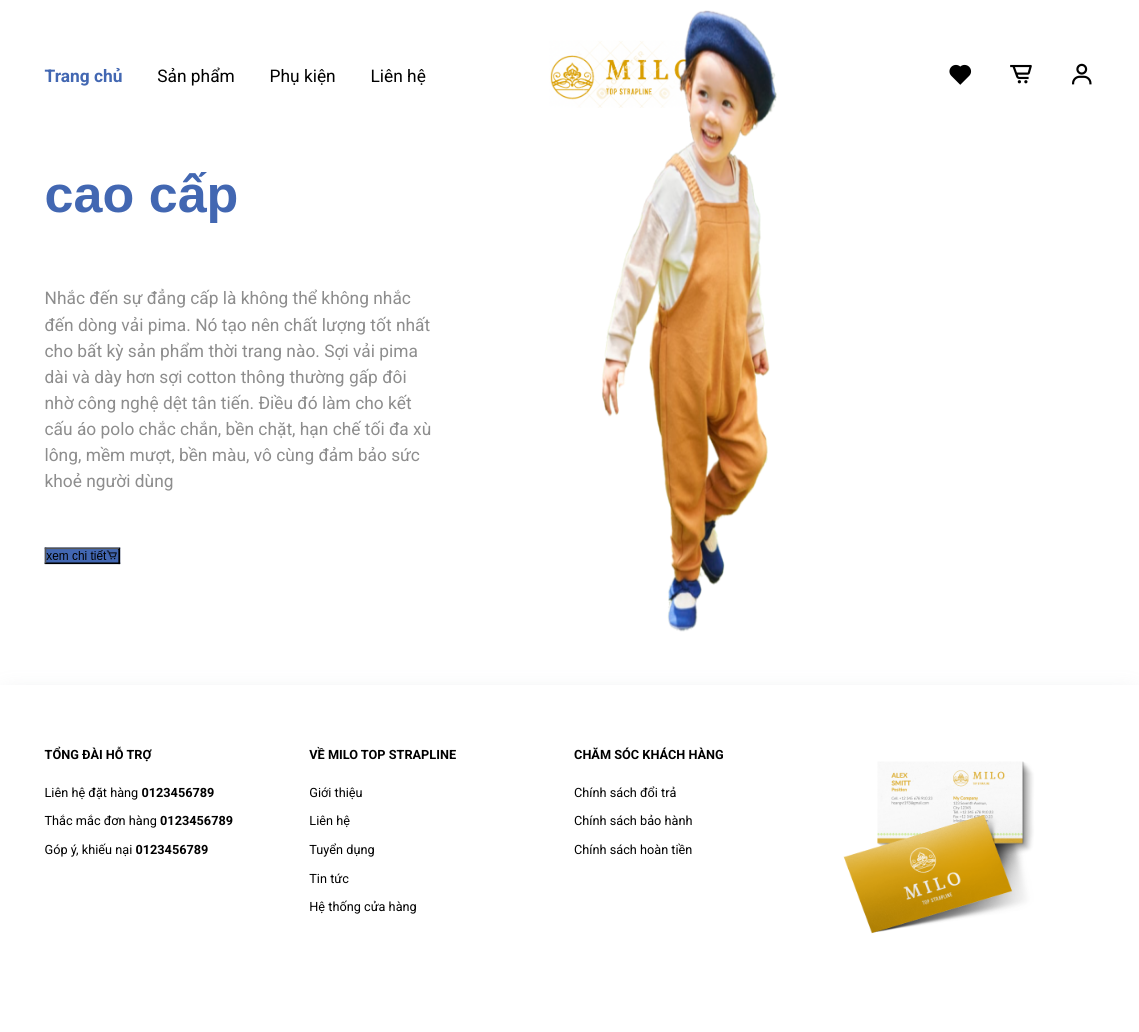
Repository: QuyHoang99k/shop
Page: /
The author's editor kept a copy of each file at every save. The page is drawn from the files as they stood at one save, then again after the next save.
The browser window is 1280 px wide. The pictures show the whole page, at 89% of full size.
The project was rebuilt for these pictures with package versions that can differ from the ones it lists, and the page was loaded fresh each time. Also part of the build but not shown: src/pages/Catalog.jsx, src/pages/Cart.jsx, src/pages/Product.jsx.

Above is the page before, as saved 2021-10-16 15:13:00.

### src/index.js
import React from 'react';
import ReactDOM from 'react-dom';
import reportWebVitals from './reportWebVitals';

import './assets/boxicons-2.0.7/css/boxicons.min.css'
import './sass/index.scss'


import Layout from './components/Layout'


ReactDOM.render(
  <React.StrictMode>
   <Layout/>
  </React.StrictMode>,
  document.getElementById('root')
);

// If you want to start measuring performance in your app, pass a function
// to log results (for example: reportWebVitals(console.log))
// or send to an analytics endpoint. Learn more: https://bit.ly/CRA-vitals
reportWebVitals();

### src/sass/index.scss
@import "./_variables.scss";
@import "./mixins";
@import "./_base.scss";

@import "./components/header";
@import "./components/footer";
@import "./components/hero-slider";

### src/components/Layout.jsx
import React from 'react'

import { BrowserRouter, Route } from 'react-router-dom'

import Header from './Header'
import Footer from './Footer'

import Routes from '../routes/Routes'

const Layout = () => {
    return (
        <BrowserRouter>
            <Route render={props => (
                <div>
                    <Header {...props}/>
                    <div className="container">
                        <div className="main">
                            <Routes/>
                        </div>
                    </div>
                    <Footer/>
                </div>
            )}/>
        </BrowserRouter>
    )
}

export default Layout

### src/sass/_variables.scss
$main-bg: #fff;
$main-color: #4267b2;

$txt-main-color: #000;
$txt-second-color:#8d8d8d;
$txt-white:#fff;

$btn-main-bg: $main-color;
$btn-main-color:#fff;

$header-height:170px;
$header-tablet-height:70px;
$header-mobile-height:40px;
$header-shrink-height:70px;

$box-shadow: rgba(149,157,165,0.2) 0px 8px 24px;

$colors:(
  "blue":#4267b2,
  "orange":#fbb96b,
  "pink":#fe7e73,
  "white":#fff,
  "black":#000,
  "main":$main-color

);
$mobile-width: 600px;
$tablet-width:1024px;

$numbers: (0,1,2,3,4,5,6,7,8);

### src/sass/_mixins.scss
@mixin flex ($align-item, $justify-content) {
    display: flex;
    align-items: $align-item;
    justify-content: $justify-content;
}
@mixin mobile {
    @media only screen and (max-width: $mobile-width){
        @content;
    }
}
@mixin tablet {
    @media only screen and (max-width: $tablet-width){
        @content;
    }
}

### src/sass/_base.scss
@import url("https://fonts.googleapis.com/css2?family=M+PLUS+Rounded+1c:wght@100;300;400;500;700;800;900&family=Roboto:ital,wght@0,100;0,300;0,400;0,500;0,700;0,900;1,100;1,300;1,400;1,500;1,700;1,900&display=swap");

@import url("https://fonts.googleapis.com/css2?family=M+PLUS+Rounded+1c:wght@100;300;400;500;700;800;900&family=Roboto:ital,wght@0,100;0,300;0,400;0,500;0,700;0,900;1,100;1,300;1,400;1,500;1,700;1,900&display=swap");

* {
    padding: 0;
    margin: 0;
    box-sizing: border-box;
    -webkit-tap-highlight-color: transparent;
    user-select: none;
}

html {
    font-size: 13px;
}

body {
    font-family: "Roboto", sans-serif;
}

ul {
    list-style-type: none;
}

a {
    text-decoration: none;
    color: unset;
}

a:hover {
    color: $main-color;
}

img {
    max-width: 100%;
}

@each $color, $val in $colors {
    .color-#{$color} {
        color: $val;
    }

    .bg-#{$color} {
        background-color: $val;
    }
}

@each $val in $numbers {
    .grid-col-#{$val} {
        grid-template-columns: repeat($val, 1fr);
    }
}

@each $val in $numbers {
    .grid-col-md-#{$val} {
        @include tablet {
            grid-template-columns: repeat($val, 1fr);
        }
    }
}

@each $val in $numbers {
    .grid-col-sm-#{$val} {
        @include mobile {
            grid-template-columns: repeat($val, 1fr);
        }
    }
}

.container {
    width: 100%;
    max-width: 1620px;
    padding: 0 50px;
    margin: auto;

    @include tablet {
        padding: 0 20px;
    }

    @include mobile {
        padding: 0 10px;
    }
}

.main {
    margin-top: $header-height;
    margin-bottom: 2rem;
    min-height: 100vh;

    @include tablet {
        margin-top: calc(#{$header-tablet-height} + 20px);
    }

    @include mobile {
        margin-top: calc(#{$header-mobile-height} + 10px);
    }
}

.grid {
    display: grid;
}

### src/sass/components/_header.scss
.header {
    background-color: $main-bg;
    position: fixed;
    top: 0;
    left: 0;
    width: 100%;
    z-index: 99;
    height: $header-height;
    transition: height 0.3s ease;

    @include tablet {
        height: $header-tablet-height;
        box-shadow: $box-shadow;
    }

    @include mobile {
        height: $header-mobile-height;
    }

    .container {
        height: 100%;
    }

    &.shrink {
        height: $header-shrink-height;
        box-shadow: $box-shadow;
        z-index: 100;

        @include mobile {
            height: $header-mobile-height;
        }
    }

    &__logo {
        @include flex(center, center);
        position: absolute;
        inset: 0;
        pointer-events: none;

        img {
            height: 75px;
            margin-left: 120px;
            @include tablet{
                height: 50px;
            };
            @include mobile{
                height: 38px;
            }

        }
    }

    &__menu {
        @include flex(center, space-between);
        height: 100%;
        font-size: 1.5rem;

        &__item ~ &__item {
            margin-left: 39px;

            @include tablet {
                margin-left: 20px;
            }

            @include mobile {
                margin-left: 10px;
            }
        }

        &__item.active {
            font-weight: 600;
            color: $main-color;
        }

        &__item:hover {
            color: $main-color;
        }

        &__left,
        &__right {
            @include flex(center, center);
            height: 100%;
        }

        &__right {
            font-size: 2.25rem;

            &__item {
                @include flex(center, center);

                @include tablet {
                    margin-left: 10px;
                }
            }

            @include mobile {
                font-size: 1.5rem;
            }
        }

        &__left {
            &__close {
                display: none;
            }

            @include tablet {
                flex-direction: column;
                background-color: $main-bg;
                position: absolute;
                left: 0;
                top: 0;
                width: 100%;
                height: 100vh;
                justify-content: flex-start;
                padding-top: 30px;
                transform: translateX(-100%);
                transition: transform 0.5s ease;

                &.active {
                    transform: translateX(0);
                }

                &__item ~ &__item {
                    margin-left: unset;
                    margin-top: 20px;
                }

                &__close {
                    display: block;
                    position: absolute;
                    left: 20px;
                    font-size: 2.5rem;
                }
            }
        }

        &__mobile-toggle {
            display: none;

            @include tablet {
                display: block;
                font-size: 2.5rem;
            }
        }
    }
}

### src/sass/components/_footer.scss
.footer{
    padding: 70px 0;
    box-shadow: $box-shadow;
    font-size: 1.1rem;
    &__logo{
        height: 220px;
        width: 220px;
    }

    &__about{
        p{
            margin-bottom: 2rem;
        }
    }
    &__title{
        text-transform: uppercase;
        margin-bottom: 2rem;
        font-weight: 600;
    }
    &__content {
        p {
            margin-bottom: 1.25rem;
        }
    }
}

### src/sass/components/_hero-slider.scss
.hero-slider {
    height: 100vh;
    max-height: 1080px;
    overflow: hidden;
    position: relative;
    margin-bottom: 50px;
    margin-top: calc(#{$header-height} * -1);
    @include tablet {
        margin-top: calc(#{$header-tablet-height} * -1);
    }
    @include mobile {
        margin-top: calc(#{$header-mobile-height} * -1);
    }
    &__item{
        @include flex(center,space-between);

        opacity: 0;
        visibility: hidden;
        pointer-events: none;
        position: absolute;
        inset: 0;
        &.active{
            opacity: 1;
            visibility: visible;
            pointer-events: visible;
        }
        &__info{
            width: 58.33%;
            &__title,
            &__description{
                margin-bottom: 60px;

                @include tablet{
                    margin-bottom: 15px;
                }
            }
            &__title{
                font-family: " M PLUS Rounded 1c",sans-serif;
                font-weight: 600;
                font-size: 4.5rem;
                line-height: 6.75rem;
                overflow: hidden;
            }
            &__description{
                color: $txt-second-color;
                font-size: 1.5rem;
                line-height: 2.25rem;
                overflow: hidden;
            }
            &__btn{
                overflow: hidden;
            }
        }
        &__image{
            flex-grow: 1;
            position: relative;
            height: 100%;
            z-index: 99;
            pointer-events: none;
            img{
                height: 100vh;
            }
        }
    }
}

### src/components/Header.jsx
import React, { useRef, useEffect } from 'react'
import { Link, useLocation } from 'react-router-dom'

import logo from '../assets/images/Logo-2.png'

const mainNav = [
    {
        display: "Trang chủ",
        path: "/"
    },
    {
        display: "Sản phẩm",
        path: "/catalog"
    },
    {
        display: "Phụ kiện",
        path: "/accessories"
    },
    {
        display: "Liên hệ",
        path: "/contact"
    }
]

const Header = () => {

    const { pathname } = useLocation()
    const activeNav = mainNav.findIndex(e => e.path === pathname)

    const headerRef = useRef(null)

    useEffect(() => {
        window.addEventListener("scroll", () => {
            if (document.body.scrollTop > 80 || document.documentElement.scrollTop > 80) {
                headerRef.current.classList.add('shrink')
            } else {
                headerRef.current.classList.remove('shrink')
            }
        })
        return () => {
            window.removeEventListener("scroll")
        };
    }, []);

    const menuLeft = useRef(null)

    const menuToggle = () => menuLeft.current.classList.toggle('active')

    return (
        <div className="header" ref={headerRef}>
            <div className="container">
                <div className="header__logo">
                    <Link to="/">
                        <img src={logo} alt="" />
                    </Link>
                </div>
                <div className="header__menu">
                    <div className="header__menu__mobile-toggle" onClick={menuToggle}>
                        <i className='bx bx-menu-alt-left'></i>
                    </div>
                    <div className="header__menu__left" ref={menuLeft}>
                        <div className="header__menu__left__close" onClick={menuToggle}>
                            <i className='bx bx-chevron-left'></i>
                        </div>
                        {
                            mainNav.map((item, index) => (
                                <div
                                    key={index}
                                    className={`header__menu__item header__menu__left__item ${index === activeNav ? 'active' : ''}`}
                                    onClick={menuToggle}
                                >
                                    <Link to={item.path}>
                                        <span>{item.display}</span>
                                    </Link>
                                </div>
                            ))
                        }
                    </div>
                    <div className="header__menu__right">
                        <div className="header__menu__item header__menu__right__item">
                        <i className='bx bxs-heart'></i>
                        </div>
                        <div className="header__menu__item header__menu__right__item">
                            <Link to="/cart">
                            <i class='bx bx-cart-alt'></i>
                            </Link>
                        </div>
                        <div className="header__menu__item header__menu__right__item">
                            <i className="bx bx-user"></i>
                        </div>
                    </div>
                </div>
            </div>
        </div>
    )
}

export default Header

### src/components/Footer.jsx
import React from 'react'

import { Link } from 'react-router-dom'

import Grid from './Grid'

import logo from '../assets/images/logo-footer.png'

const footerAboutLinks = [
    {
        display: "Giới thiệu",
        path: "/about"
    },
    {
        display: "Liên hệ",
        path: "/about"
    },
    {
        display: "Tuyển dụng",
        path: "/about"
    },
    {
        display: "Tin tức",
        path: "/about"
    },
    {
        display: "Hệ thống cửa hàng",
        path: "/about"
    }
]

const footerCustomerLinks = [
    {
        display: "Chính sách đổi trả",
        path: "/about"
    },
    {
        display: "Chính sách bảo hành",
        path: "/about"
    },
    {
        display: "Chính sách hoàn tiền",
        path: "/about"
    }
]
const Footer = () => {
    return (
        <footer className="footer">
            <div className="container">
                <Grid
                    col={4}
                    mdCol={2}
                    smCol={1}
                    gap={10}
                >
                    <div>
                        <div className="footer__title">
                            Tổng đài hỗ trợ
                        </div>
                        <div className="footer__content">
                            <p>
                                Liên hệ đặt hàng <strong>0123456789</strong>
                            </p>
                            <p>
                                Thắc mắc đơn hàng <strong>0123456789</strong>
                            </p>
                            <p>
                                Góp ý, khiếu nại <strong>0123456789</strong>
                            </p>
                        </div>
                    </div>
                    <div>
                        <div className="footer__title">
                            Về Milo Top strapline
                        </div>
                        <div className="footer__content">
                            {
                                footerAboutLinks.map((item, index) => (
                                    <p key={index}>
                                        <Link to={item.path}>
                                            {item.display}
                                        </Link>
                                    </p>
                                ))
                            }
                        </div>
                    </div>
                    <div>
                        <div className="footer__title">
                            Chăm sóc khách hàng
                        </div>
                        <div className="footer__content">
                            {
                                footerCustomerLinks.map((item, index) => (
                                    <p key={index}>
                                        <Link to={item.path}>
                                            {item.display}
                                        </Link>
                                    </p>
                                ))
                            }
                        </div>
                    </div>
                    <div className="footer__about">
                        <p>
                            <Link to="/">
                                <img src={logo} className="footer__logo" alt="" />
                            </Link>
                        </p>

                    </div>
                </Grid>
            </div>
        </footer>
    )
}

export default Footer

### src/routes/Routes.jsx
/* eslint-disable no-unused-vars */
import React from 'react'
import { Route,Switch } from 'react-router'

import Home from '../pages/Home'
import Catalog from '../pages/Catalog'
import Cart from '../pages/Cart'
import Product from '../pages/Product'



const Routes = () => {
  return (
    <Switch>
      <Route path='/' exact component ={Home}/>
      <Route path='/catalog/:slug' exact component ={Product}/>
      <Route path='/catalog' exact component ={Catalog}/>
      <Route path='/cart' exact component ={Cart}/>
    </Switch>
  )
}

export default Routes

### src/components/Grid.jsx
import React from 'react'
import PropTypes from 'prop-types'

const Grid = props => {

    const style = {
        gap: props.gap ? `${props.gap}px` : '0'
    }

    const col = props.col ? `grid-col-${props.col}` : ''
    const mdCol = props.mdCol ? `grid-col-md-${props.mdCol}` : ''
    const smCol = props.smCol ? `grid-col-sm-${props.smCol}` : ''

    return (
        <div className={`grid ${col} ${mdCol} ${smCol}`} style={style}>
            {props.children}
        </div>
    )
}


Grid.propTypes = {
    col: PropTypes.number.isRequired,
    mdCol: PropTypes.number,
    smCol: PropTypes.number,
    gap: PropTypes.number
}

export default Grid

### src/pages/Home.jsx
import React from 'react'
import Helmet from '../components/Helmet'
import HeroSlider from '../components/HeroSlider'
import heroSliderData from '../assets/fake-data/hero-slider'

const Home = () => {
  return (
    <Helmet title="Trang chủ">
      {/* slider */}
        <HeroSlider data={heroSliderData}/>
      {/* end slider */}
    </Helmet>
  )
}

export default Home

### src/components/Helmet.jsx
import React from 'react'
import PropTypes from 'prop-types'

const Helmet = props => {

    document.title = 'Milo - ' + props.title
    return (
        <div>
            {props.children}
        </div>
    )
}

Helmet.propTypes = {
    title:PropTypes.string.isRequired
}

export default Helmet

### src/components/HeroSlider.jsx
import React, { useEffect, useState, useCallback } from 'react'
import PropTypes from 'prop-types'
import { Link } from 'react-router-dom'

import Button from './Button'

const HeroSlider = props => {

    const data = props.data

    const timeOut = props.timeOut ? props.timeOut : 3000

    const [activeSlide, setActiveSlide] = useState(0);

    const nextSlide = useCallback(
        () => {
            const index = activeSlide + 1 === data.length ? 0 : activeSlide + 1
            setActiveSlide(index)
        },
        [activeSlide, data],
    )

    const prevSlide = () => {
        const index = activeSlide - 1 < 0 ? data.length - 1 : activeSlide - 1
        setActiveSlide(index)
    }

    useEffect(() => {
        if (props.auto) {
            const slideAuto = setInterval(() => {
                nextSlide()
            }, timeOut);
            return () => {
                clearInterval(slideAuto)
            }
        }
    }, [nextSlide, timeOut, props])

    return (
        <div className="hero-slider">
            {
                data.map((item, index) => (
                    <HeroSliderItem key={index} item={item} active={index === activeSlide}/>
                ))
            }
            {
                props.control ? (
                    <div className="hero-slider__control">
                        <div className="hero-slider__control__item" onClick={prevSlide}>
                            <i className="bx bx-chevron-left"></i>
                        </div>
                        <div className="hero-slider__control__item">
                            <div className="index">
                                {activeSlide + 1}/{data.length}
                            </div>
                        </div>
                        <div className="hero-slider__control__item" onClick={nextSlide}>
                            <i className="bx bx-chevron-right"></i>
                        </div>
                    </div>
                ) : null
            }
        </div>
    )
}

HeroSlider.propTypes = {
    data: PropTypes.array.isRequired,
    control: PropTypes.bool,
    auto: PropTypes.bool,
    timeOut: PropTypes.number
}

const HeroSliderItem = props => (
    <div className={`hero-slider__item ${props.active ? 'active' : ''}`}>
        <div className="hero-slider__item__info">
            <div className={`hero-slider__item__info__title color-${props.item.color}`}>
                <span>{props.item.title}</span>
            </div>
            <div className="hero-slider__item__info__description">
                <span>{props.item.description}</span>
            </div>
            <div className="hero-slider__item__info__btn">
                <Link to={props.item.path}>
                    <Button
                        backgroundColor={props.item.color}
                        icon="bx bx-cart"
                        animate={true}
                    >
                        xem chi tiết
                    </Button>
                </Link>
            </div>
        </div>
        <div className="hero-slider__item__image">
            <div className={`shape bg-${props.item.color}`}></div>
            <img src={props.item.img} alt="" />
        </div>
    </div>
)

export default HeroSlider

### src/components/Button.jsx
import React from 'react'
import PropTypes from 'prop-types'

const Button = props => {

    const bg = props.backgroundColor ? 'bg-' + props.backgroundColor : 'bg-main'

    const size = props.size ? 'btn-' + props.size : ''

    const animate = props.animate ? 'btn-animate' : ''

    return (
        <button
            className={`btn ${bg} ${size} ${animate}`}
            onClick={props.onClick ? () => props.onClick() : null}
        >
            <span className="btn__txt">{props.children}</span>
            {
                props.icon ? (
                    <span className="btn__icon">
                        <i className={`${props.icon} bx-tada`}></i>
                    </span>
                ) : null
            }
        </button>
    )
}

Button.propTypes = {
    backgroundColor: PropTypes.string,
    size: PropTypes.string,
    icon: PropTypes.string,
    animate: PropTypes.bool,
    onclick: PropTypes.func
}

export default Button

Loaded but not shown: public/index.html (common file); src/reportWebVitals.js (common file); src/assets/boxicons-2.0.7/css/boxicons.min.css (library); src/assets/fake-data/hero-slider.js (29 lines, source omitted)

After the next save:
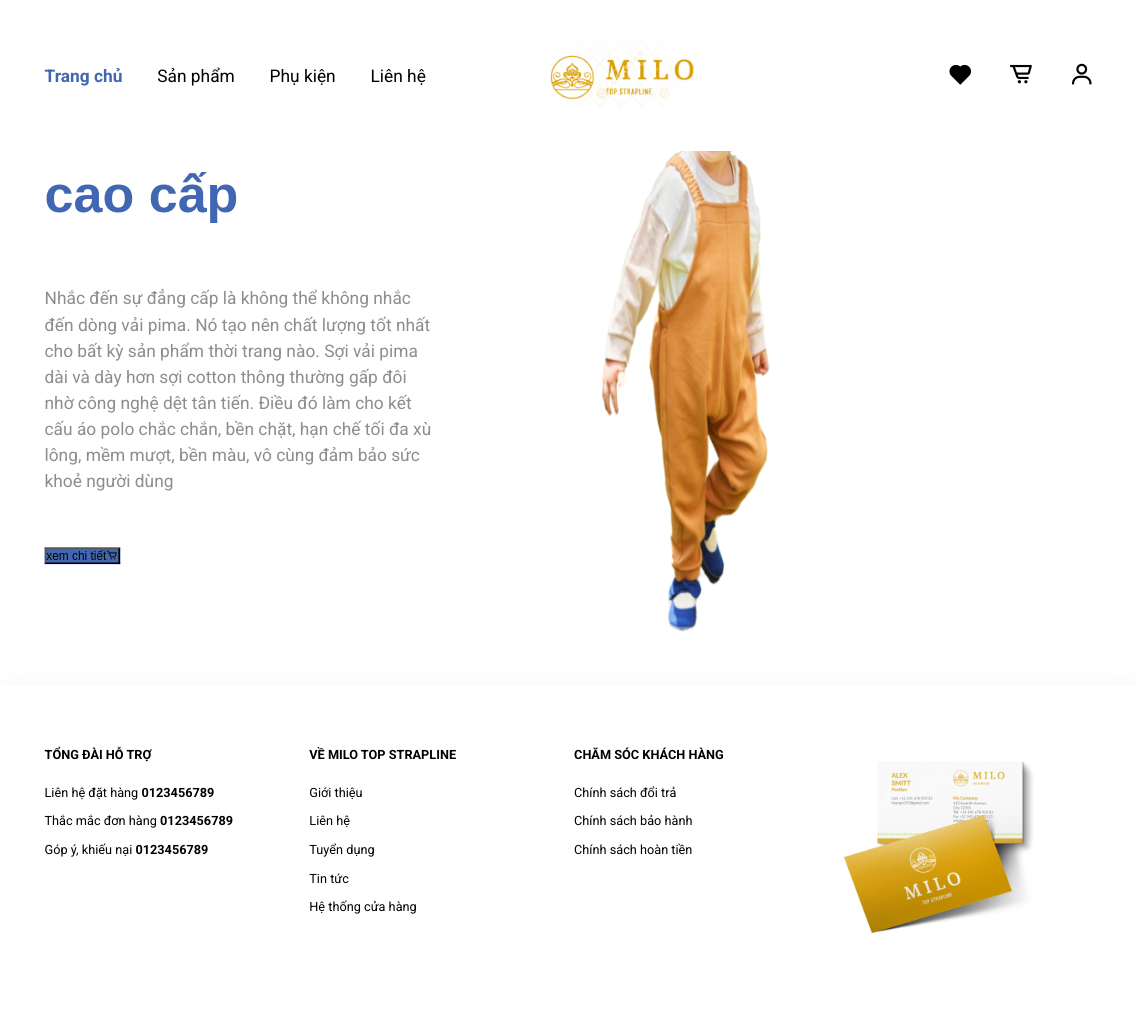
Saved 30 s later.
--- a/src/sass/components/_header.scss
+++ b/src/sass/components/_header.scss
@@ -4,7 +4,7 @@
     top: 0;
     left: 0;
     width: 100%;
-    z-index: 99;
+    z-index: 100;
     height: $header-height;
     transition: height 0.3s ease;
 
